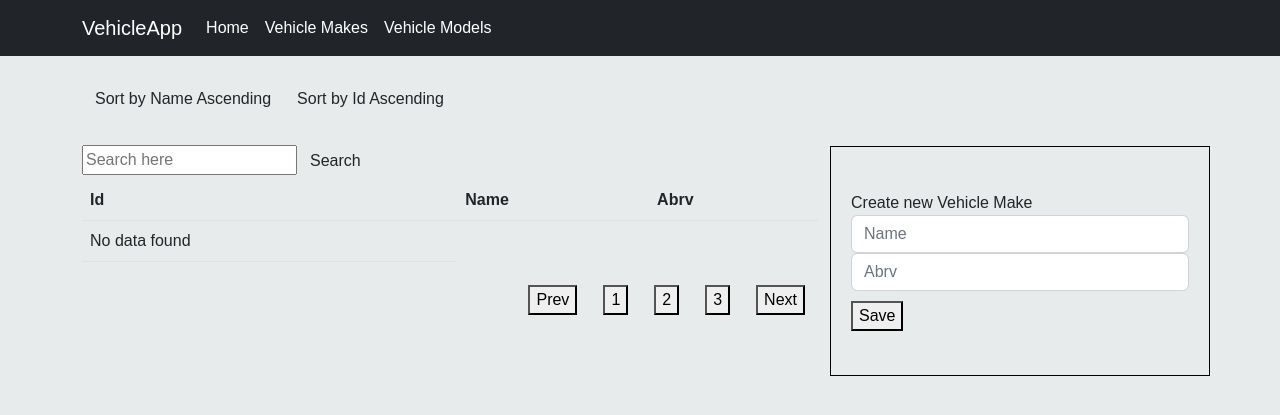
Repository: magdalenarajic/VehicleFrontend
Page: /Makes
The author's editor kept a copy of each file at every save. The page is drawn from the files as they stood at one save, then again after a run of saves.
The browser window is 1280 px wide. The pictures show the whole page.
The page's requests for data from a server got no answer. The project was rebuilt for these pictures with package versions that can differ from the ones it lists, and the page was loaded fresh each time. No one was signed in, and anything a server would have sent is missing. Also part of the build but not shown: src/components/Home.js, src/services/modelService.js, src/stores/modelStore.js, src/components/VehicleModel.js.

Above is the page before, as saved 2023-03-11 09:52:58.

After the next 2 saves:
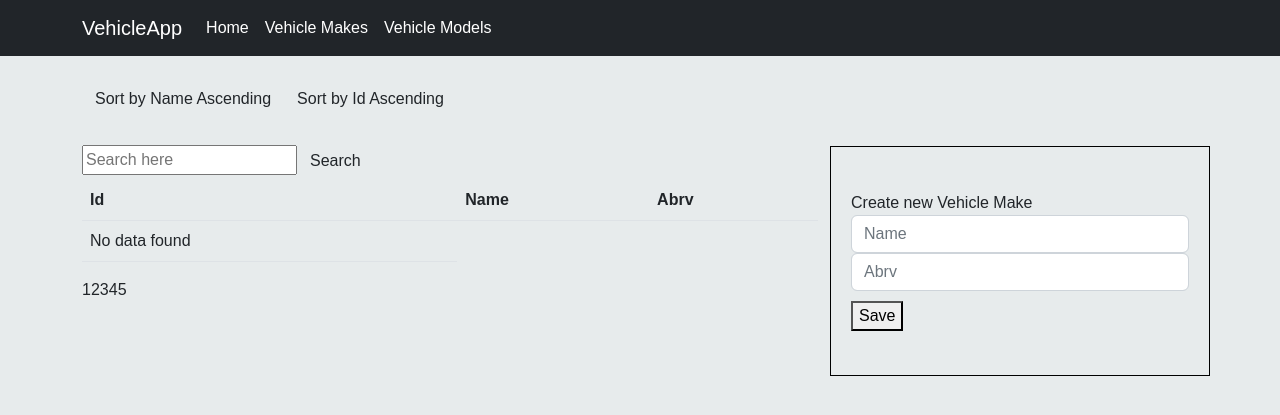
The 2 saves are shown as one change because 1 did not build or start.
The last was saved 2 min 27 s later.
--- a/src/components/VehicleMake.js
+++ b/src/components/VehicleMake.js
@@ -1,7 +1,7 @@
 import React, { useEffect, useState } from "react";
 import { Observer } from "mobx-react";
 import makeStore from "../stores/makeStore";
-import { Container, Table, Col, Row, CloseButton, ListGroup, ListGroupItem,  } from "react-bootstrap";
+import { Container, Table, Col, Row, CloseButton, Pagination  } from "react-bootstrap";
 
 const MakeList = () => {
   const [showForm, setShowForm] = useState(false);
@@ -158,15 +158,23 @@ const MakeList = () => {
                   </tbody>
                 </Table>
                 <Col>
-                <nav>
-  <ul className="pagination justify-content-end">
-    <li className="btn" variant="outline-dark"> <button> Prev </button> </li>
-    <li className="btn" variant="outline-dark"><button> 1 </button></li>
-    <li className="btn" variant="outline-dark"><button> 2 </button></li>
-    <li className="btn" variant="outline-dark"><button> 3 </button></li>
-    <li className="btn" variant="outline-dark"><button> Next </button></li>
-  </ul>
-</nav>
+                <div>
+                <ul className="pagination">
+                    <li className="page-item">1</li>
+                    <li className="page-item">2</li>
+                    <li className="page-item">3</li>
+                    <li className="page-item">4</li>
+                    <li className="page-item">5</li>
+                </ul>
+                <Pagination
+                    activePage={1}
+                    itemsCountPerPage={2}
+                    totalItemsCount={11}
+                    pageRangeDisplayed={5}
+                    itemClass="page-item"
+                    linkClass="page-link"
+                />
+            </div>
             </Col>
               </Col>
               <Col
